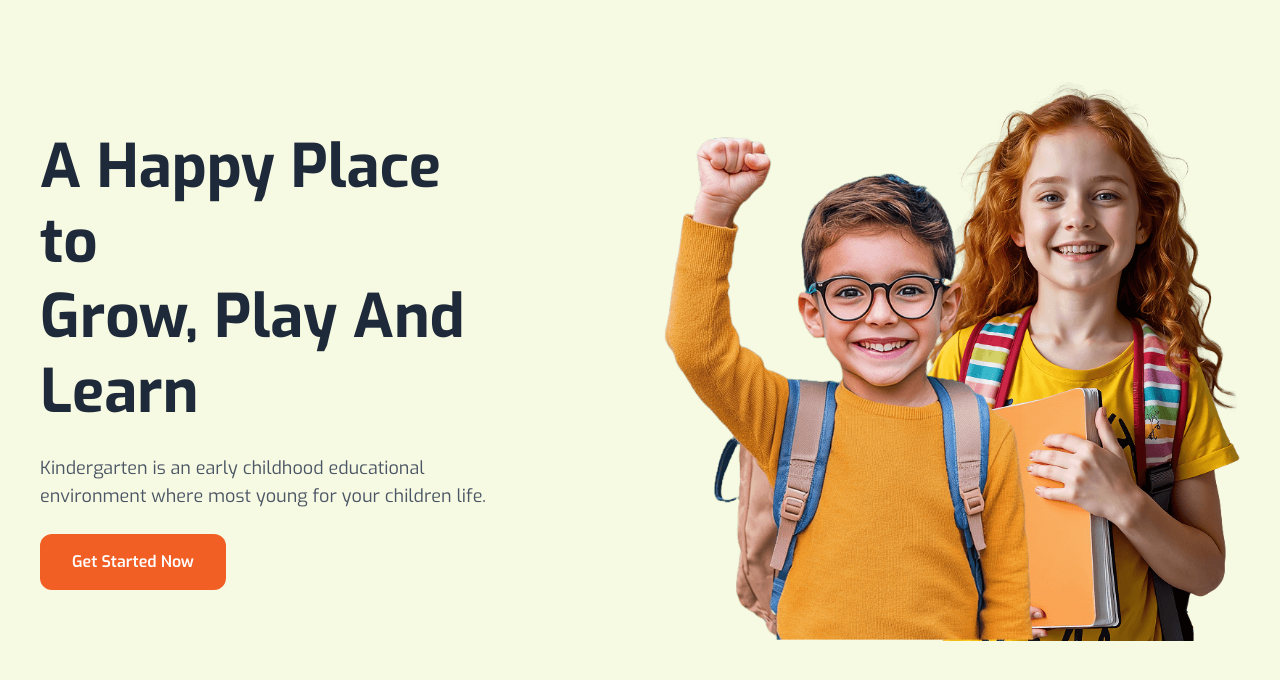
Repository: deepak445566/school
Page: / (app in okwork/)
These files come from the project's save history. The page is drawn as it stood at one moment and after the next save; the edit follows.
The browser window is 1280 px wide. The pictures show the whole page.
Some web fonts or font styles are not loaded; a fallback is used. The project was rebuilt for these pictures with package versions that can differ from the ones it lists, and the page was loaded fresh each time. Some packages were replaced by stand-ins written for this rebuild. Also part of the build but not shown: okwork/vite.config.js.

Above is the page before, as saved 2026-02-18 16:27:44.

After the next save:
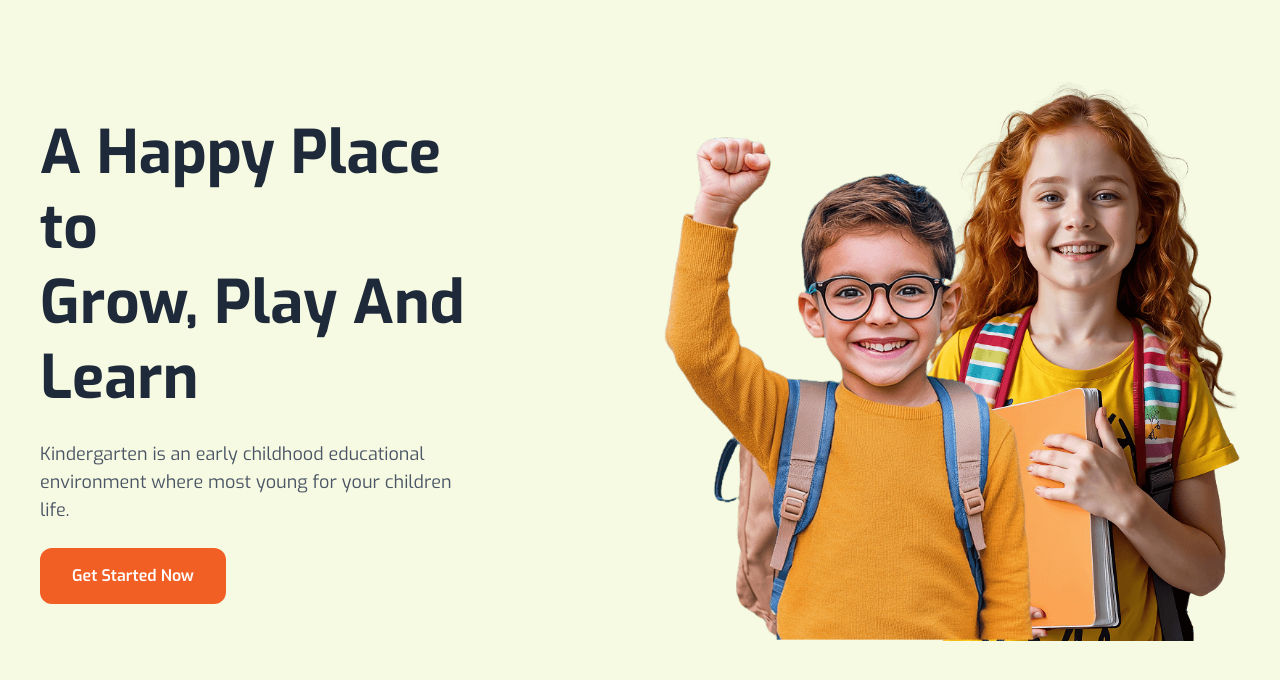
Saved 11 s later.
--- a/okwork/src/components/Home.jsx
+++ b/okwork/src/components/Home.jsx
@@ -43,7 +43,7 @@ most young for your children life.
           </div>
 
           {/* RIGHT SECTION: Only one image */}
-          <div className=" w-[60%] flex justify-center md:justify-end ">
+          <div className=" w-[70%] flex justify-center md:justify-end ">
             <div className="relative w-full max-w-md lg:max-w-xl">
 
 
